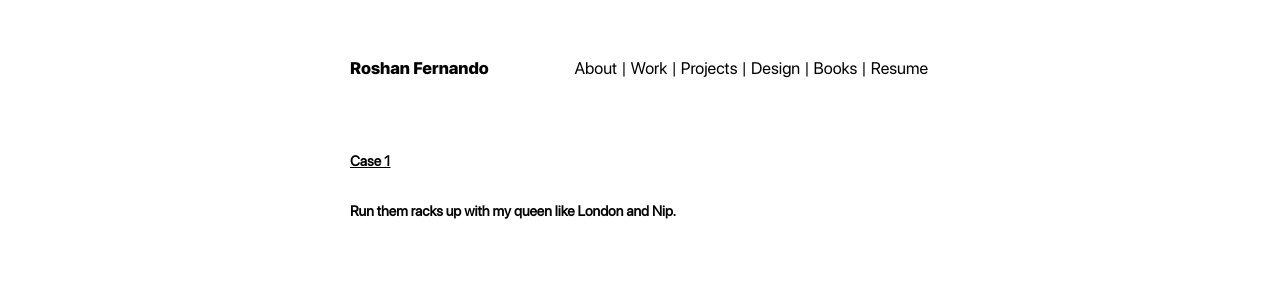
Repository: rdf004/rdf004.github.io
Page: /case1
An editor plug-in stored every save of this project. The page is shown before and after the next save, followed by the edit.
The browser window is 1280 px wide. The pictures show the whole page.
The project was rebuilt for these pictures with package versions that can differ from the ones it lists, and the page was loaded fresh each time. Also part of the build but not shown: src/Components/About.js, src/Components/Work.js, src/Components/Projects.js, src/Components/Design.js, src/Components/Books.js, src/Components/Resume.js.

Above is the page before, as saved 2019-11-20 20:17:36.

### public/index.html
<!DOCTYPE html>
<html lang="en">
  <head>
    <meta charset="utf-8" />
    <link rel="shortcut icon" href="Startup_Rocket-512.png" />
    <meta name="viewport" content="width=device-width, initial-scale=1" />
    <meta name="theme-color" content="#000000" />
    <meta
      name="description"
      content="Web site created using create-react-app"
    />
    <link rel="apple-touch-icon" href="logo192.png" />
    <!--
      manifest.json provides metadata used when your web app is installed on a
      user's mobile device or desktop. See https://developers.google.com/web/fundamentals/web-app-manifest/
    -->
    <link rel="manifest" href="%PUBLIC_URL%/manifest.json" />
    <!--
      Notice the use of %PUBLIC_URL% in the tags above.
      It will be replaced with the URL of the `public` folder during the build.
      Only files inside the `public` folder can be referenced from the HTML.

      Unlike "/favicon.ico" or "favicon.ico", "%PUBLIC_URL%/favicon.ico" will
      work correctly both with client-side routing and a non-root public URL.
      Learn how to configure a non-root public URL by running `npm run build`.
    -->
    <title>RFizzle's Websizzle</title>
  </head>
  <body>
    <noscript>You need to enable JavaScript to run this app.</noscript>
    <div id="root"></div>
    <!--
      This HTML file is a template.
      If you open it directly in the browser, you will see an empty page.

      You can add webfonts, meta tags, or analytics to this file.
      The build step will place the bundled scripts into the <body> tag.

      To begin the development, run `npm start` or `yarn start`.
      To create a production bundle, use `npm run build` or `yarn build`.
    -->
  </body>
</html>

### src/index.js
import React from 'react';
import ReactDOM from 'react-dom';
import { Route, Link, BrowserRouter as Router } from 'react-router-dom';

import About from './Components/About';
import Work from './Components/Work';
import Projects from './Components/Projects';
import Design from './Components/Design';
import Books from './Components/Books';
import Resume from './Components/Resume';
import Case1 from './Components/Case1';
import * as serviceWorker from './serviceWorker';

const routing = (
    <Router>
      <div>
        <Route exact path="/" component={About} />
        <Route path="/work" component={Work} />
        <Route path="/projects" component={Projects} />
        <Route path="/design" component={Design} />
        <Route path="/books" component={Books} />
        <Route path="/resume" component={Resume} />
        <Route path="/case1" component={Case1} />
      </div>
    </Router>
)

ReactDOM.render(routing, document.getElementById('root'));

// If you want your app to work offline and load faster, you can change
// unregister() to register() below. Note this comes with some pitfalls.
// Learn more about service workers: https://bit.ly/CRA-PWA
serviceWorker.unregister();

### src/Components/Case1.js
import React from 'react';
import Header from './Header';

import '../Style/style.css';

class Case1 extends React.Component {

    render() {
        return (
            <div className="grid-holder">

            <div className="grid-container">
                <Header className="header"/>
                <p className="page-content">
                    <b><u>Case 1</u></b><br/><br/>
                    <b>Run them racks up with my queen like London and Nip.</b><br/><br/>
                </p>
            </div>

            </div>
        )
    }

}

export default Case1;

### src/Components/Header.js
import React from 'react';
import '../Style/style.css';

class Header extends React.Component {

    render() {
        return (

            <div className="flex-container">
                <p className="name">Roshan Fernando</p>
                <ul className="header-li-elements">
                    <li><a className="list-item-a" href="/">About</a></li>
                    <li>|</li>
                    <li><a className="list-item-a" href="/work">Work</a></li>
                    <li>|</li>
                    <li><a className="list-item-a" href="/projects">Projects</a></li>
                    <li>|</li>
                    <li><a className="list-item-a" href="/design">Design</a></li>
                    <li>|</li>
                    <li><a className="list-item-a" href="/books">Books</a></li>
                    <li>|</li>
                    <li><a className="list-item-a" href="/resume">Resume</a></li>
                </ul>
                <p className="content">{this.about}</p>
            </div>
        )
    }
}

export default Header;

### src/Style/style.css
/* PAGE */

.grid-holder {

}

.grid-container {
    display: grid;
    width: 600px;
    max-width: 100vw;
    margin: auto;

    line-height: 1.75;
}

.page-content {

    font-family: 'SF-Regular';
    font-size: 0.9em;
    color: black;
    padding: 10px;
    padding-top: 0px;
}

/* unvisited link */
.p-a:link {
    color: rgb(105, 196, 248);
    text-decoration: underline;
  }

  /* visited link */
.p-a:visited {
    color: rgb(105, 196, 248);
    text-decoration: underline;
  }

/* mouse over link */
.p-a:hover {
    color: rgb(105, 196, 248);
    text-decoration: underline;
  }

  /* selected link */
.p:active {
    color: rgb(105, 196, 248);
    text-decoration: underline;
  }

/* HEADER */

.flex-container {

    display: flex;
    justify-content: center;
    align-items: center;
    padding-top: 5vh;
    flex-wrap: wrap;

    max-width: inherit;
    min-width: 0;

}


.name {

    text-align: left;
    font-family: 'SF-Heavy';
    color: black;
    font-size: 1.05em;
    max-width: 250px;

    flex: 1;
    padding-left: 10px;

}

.header-li-elements {

    display: flex;
    padding: 0;
    justify-content: flex-end;
    color: black;

    flex: 1;
    padding-right: 10px;

}

li {

    list-style-type: none;
    padding: 2px;
    font-family: 'SF-Regular';
    font-size: 1.05em;
    color: black;

}

.content {
    width: 1000px;
    max-width: inherit;
}

body, html {

    margin: 0;
    padding: 0;
    background-color: white;

}

/* unvisited link */
.list-item-a:link {
    color: black;
    text-decoration: none;
  }

  /* visited link */
.list-item-a:visited {
    color: black;
    text-decoration: none;
  }

/* mouse over link */
.list-item-a:hover {
    color: rgb(0, 162, 255);
    text-decoration: none;
  }

  /* selected link */
.list-item-a:active {
    color: black;
    text-decoration: none;
  }

@font-face {
    src: url('./SF-Pro-Display-Heavy.otf');
    font-family: 'SF-Heavy';
}

@font-face {
    src: url('./SF-Pro-Display-Regular.otf');
    font-family: 'SF-Regular';
}

@font-face {
    src: url('./SF-Pro-Display-Thin.otf');
    font-family: 'SF-Thin';
}

Loaded but not shown: src/serviceWorker.js (common file)

After the next save:
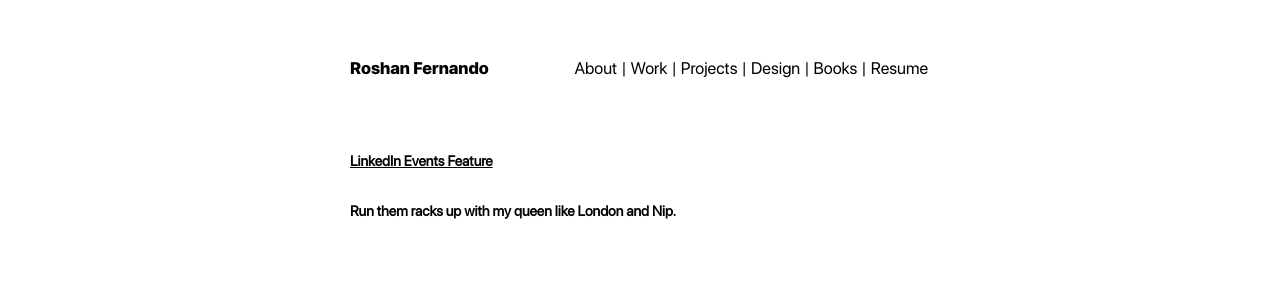
Saved 50 s later.
--- a/src/Components/Case1.js
+++ b/src/Components/Case1.js
@@ -12,7 +12,7 @@
             <div className="grid-container">
                 <Header className="header"/>
                 <p className="page-content">
-                    <b><u>Case 1</u></b><br/><br/>
+                    <b><u>LinkedIn Events Feature</u></b><br/><br/>
                     <b>Run them racks up with my queen like London and Nip.</b><br/><br/>
                 </p>
             </div>
